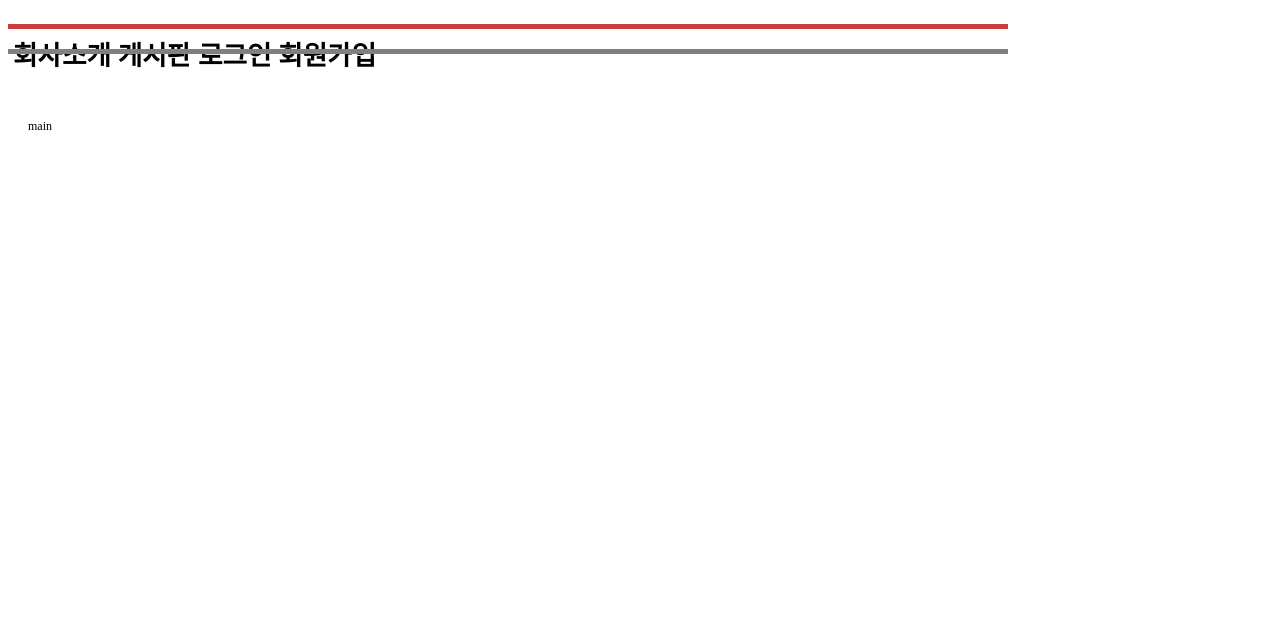
Repository: asaf0813/aisw
Page: java/이클립스/workspace/html/htmltest/WebContent/main.html
An editor plug-in stored every save of this project. The page is shown before and after the next save, followed by the edit.
The browser window is 1280 px wide. The pictures show the part of the page from y = 158 to 807 px (the page is 777 px tall before and 807 px after).

Above is the page before, as saved 2019-10-03 07:02:23.

After the next save:
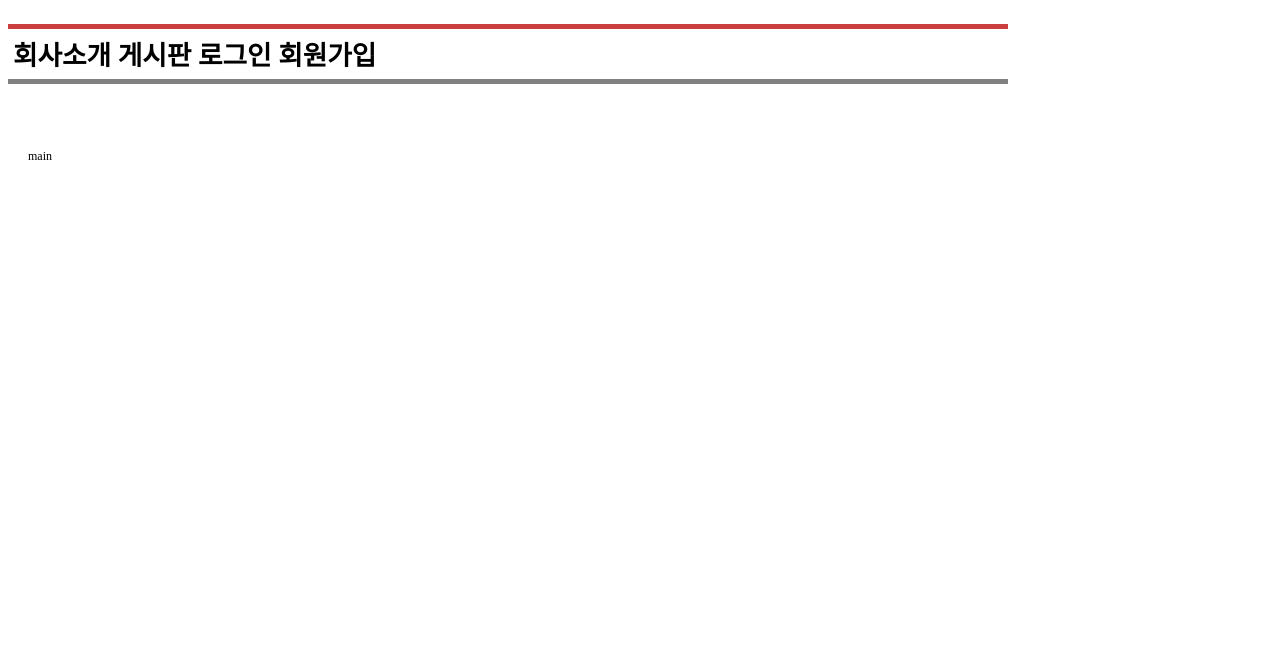
Saved 7 s later.
--- a/java/이클립스/workspace/html/htmltest/WebContent/main.css
+++ b/java/이클립스/workspace/html/htmltest/WebContent/main.css
@@ -32,7 +32,7 @@
 	float:left;
 	margin-top: 25px;
 	background-color:gray;
-	margin-top:20px;
+	margin-top:50px;
 }
 
 .body{
